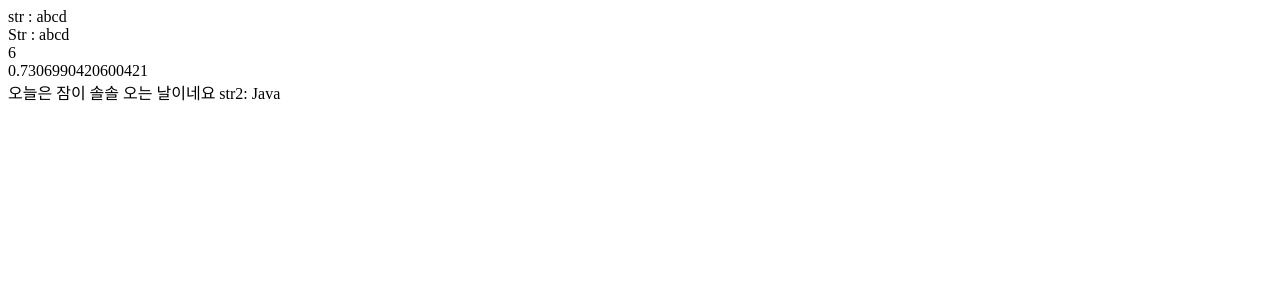
Repository: YangSungSim/java_jsp
Page: http://localhost/jsp_20191203/NewFile.jsp
The author's editor kept a copy of each file at every save. The page is drawn from the files as they stood at one save, then again after the next save.
The browser window is 1280 px wide. The pictures show the whole page.
The page is served by Tomcat 9.

Above is the page before, as saved 2019-12-03 12:10:40.

After the next save:
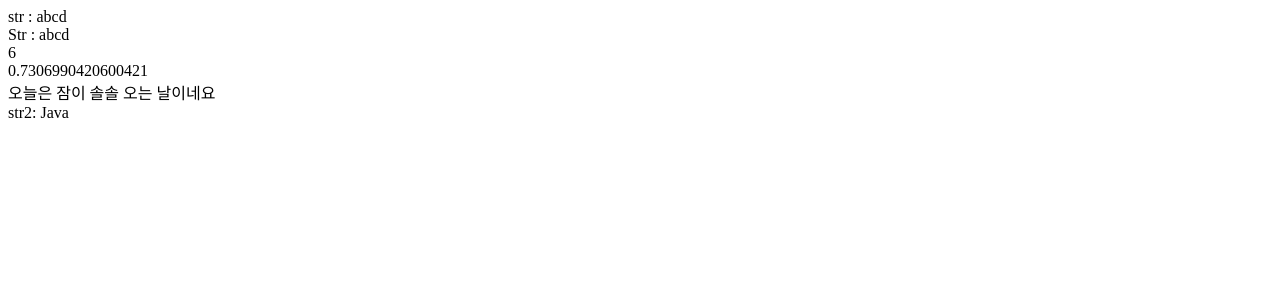
Saved 69 min 40 s later.
--- a/jsp_20191203/WebContent/NewFile.jsp
+++ b/jsp_20191203/WebContent/NewFile.jsp
@@ -5,6 +5,11 @@
 <%!
   //선언부(declaration) : JSE(0) jee(x)
   // 변수, 메서드(함수) 선언
+  // 현업에서는 미사용
+  //현업에서는 java bean 영역으로 대체
+  // JSP 순수 요소들이 잘 안쓰는 이유? 보안적으로 위험 (backend) jsp 전반
+  // 예외 발생 => jsp 코드 노출됨. => 좀더 보안적으로 안전한 servlet / 확장된 servlet(spring 모듈을 사용)
+  // 프론트엔드용도로 사용.
   String str2 = "Java";
   public void print(String str) {
 	  System.out.println("str:" + str);
@@ -35,7 +40,7 @@
 Str : <%= str %><br>
 <%=1+2+3 %><br>
 <%=Math.random() %> <br>
-<%= "오늘은 잠이 솔솔 오는 날이네요" %>
+<%= "오늘은 잠이 솔솔 오는 날이네요" %> <br>
 str2: <%= str2 %>
 </body>
 </html>
